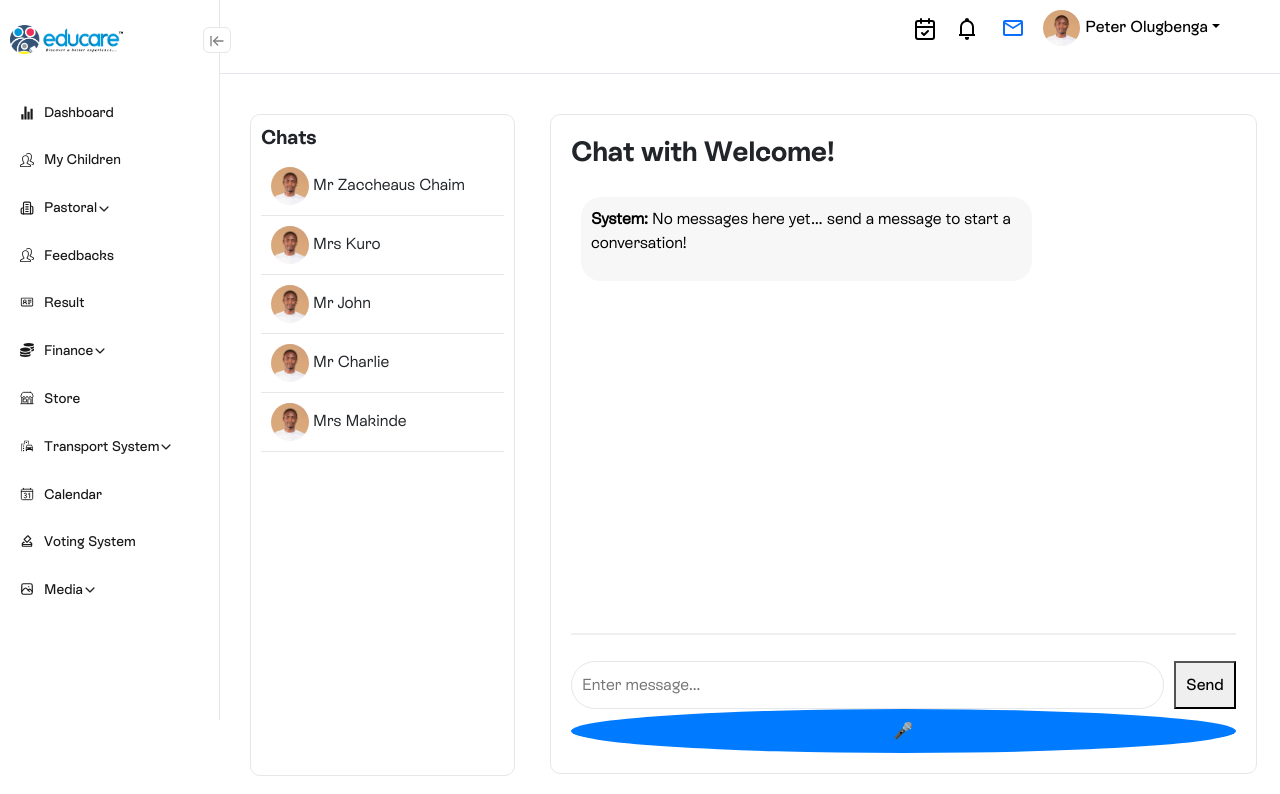
Repository: sarahnnanyelugo/educare-dashboards
Page: /chat-interface
An editor plug-in stored every save of this project. The page is shown before and after the next save, followed by the edit.
The browser window is 1280 px wide. The pictures show the whole page.
The project was rebuilt for these pictures with package versions that can differ from the ones it lists, and the page was loaded fresh each time. Also part of the build but not shown: src/Dashboards/Parents/Feedbacks/feedbacks.scss, src/components/AppTable/table.scss, src/components/AppTable/AppTable.js, src/Utils/DataUtils.js, src/components/Select/select.scss, src/components/Select/Select.js, src/components/Search/search.scss, src/components/Search/Search.js and 50 more.

Above is the page before, as saved 2024-11-27 13:09:10.

### src/App.js
import logo from "./logo.svg";
import "./App.scss";
import "bootstrap/dist/css/bootstrap.min.css";
import { BrowserRouter, Routes, Route, Link, Outlet } from "react-router-dom";
import { ParentsLayout } from "./Layouts/ParentsLayout";
import { MainNews } from "./pages/NewsPage/MainNews/MainNews";
import { NewsPage } from "./pages/NewsPage/NewsPage";
function App() {
  return (
    <>
      {" "}
      <Routes>
        <Route path="/*" element={<ParentsLayout />} />{" "}
        <Route path="news-page" element={<NewsPage />} />
        <Route path="main-news/:blog_id" element={<MainNews />} />
      </Routes>
    </>
  );
}

export default App;

### src/App.scss
.App-link {
  color: #61dafb;
}

@keyframes App-logo-spin {
  from {
    transform: rotate(0deg);
  }
  to {
    transform: rotate(360deg);
  }
}
@font-face {
  font-family: rebondG;
  src: url(./assets/fonts/Rebond_font/RebondG.otf);
}
@font-face {
  font-family: rebondG-Bold;
  src: url(./assets/fonts/Rebond_font/RebondG-Bold.otf);
}
@font-face {
  font-family: rebondG-Semi-Bold;
  src: url(./assets/fonts/Rebond_font/Rebond-semibold.otf);
}
@font-face {
  font-family: rebondG-Medium;
  src: url(./assets/fonts/Rebond_font/RebondGrotesqueMedium.otf);
}
@font-face {
  font-family: rebondBook;
  src: url(./assets/fonts/Rebond_font/RebondG-Book.ttf);
}
@font-face {
  font-family: rebondLight;
  src: url(./assets/fonts/Rebond_font/RebondGLight.otf);
}
@font-face {
  font-family: rebondMI;
  src: url(./assets/fonts/Rebond_font/RebondGrotesqueMediumitalic.otf);
}
p,
small,
link {
  font-family: rebondBook;
}
h1,
h2,
h3,
h4,
h5,
h6 {
  font-family: rebondG-Bold;
}
a {
  font-family: rebondG-Medium;
  text-decoration: none !important;
}
.card {
  border: 1px solid #e7e7e7 !important;
  border-radius: 10px !important;
}
select {
  border: none;
  background: #fff;
  padding: 7px;
  border-radius: 10px;
  width: 95%;
  font-size: 14px !important;
  font-family: rebondBook !important;
}
hr {
  border: solid 1px #c0bebe !important;
}
.app-btn {
  margin-top: 30px;
  border: solid 1px #e7e7e7;
  border-radius: 36px;
  background: #0098da;
  color: #fff;
  font-family: rebondBook;
  padding: 5px 20px;
  margin-left: 10px;
}
button {
  font-family: rebondG-Medium !important;
}
.page-session {
  border: solid 1px #e7e7e7;
  padding: 20px;
  border-radius: 10px;
  margin-top: 30px;
}

### src/Layouts/ParentsLayout.js
import React from "react";
import { Routes, Route, Navigate } from "react-router-dom";
import { TopNav } from "../components/TopNav/TopNav";
import Feedbacks from "../Dashboards/Parents/Feedbacks/Feedbacks";
import { MainView } from "../Dashboards/Parents/MainView/MainView";
import { MyChildren } from "../Dashboards/Parents/MyChildren/MyChildren";
import ExeatRequests from "../Dashboards/Parents/Pastoral/ExeatRequests";
import HostelReport from "../Dashboards/Parents/Pastoral/HostelReport";
import PastoralReport from "../Dashboards/Parents/Pastoral/PastoralReport";
import { Result } from "../Dashboards/Parents/Result/Result";
import { SideNav } from "../components/SideNav/SideNav";
import { Wallet } from "../Dashboards/Parents/Finance/Wallet";
import { PocketMoney } from "../Dashboards/Parents/Finance/PocketMoney";
import { Invoices } from "../Dashboards/Parents/Finance/Invoices";
import { TransactionHistory } from "../Dashboards/Parents/Finance/TransactionHistory";
import { Store } from "../Dashboards/Parents/Store/Store";
import Event from "../Dashboards/Parents/Calendar/Calendar";
import { VotingSystem } from "../Dashboards/Parents/VotingSystem/VotingSystem";
import { TransportSystem } from "../Dashboards/Parents/TransportSystem/TransportSystem";
import PhotoJournal from "../Dashboards/Parents/Media/PhotoJournals";
import TaggedPost from "../Dashboards/Parents/Media/TaggedPost";
import ChatInterface from "../components/TopNav/ChatInterface/ChatInterface";
export const ParentsLayout = () => {
  return (
    <>
      <div className="d-md-flex">
        <div className="col-md-">
          <SideNav />
        </div>
        <div className="container-fluid" style={{ padding: "0px 0px" }}>
          <TopNav />
          <Routes>
            <Route path="/" element={<MainView />} />{" "}
            <Route path="/my-children" element={<MyChildren />} />{" "}
            <Route path="/result" element={<Result />} />{" "}
            <Route path="/feedbacks" element={<Feedbacks />} />{" "}
            <Route path="/pastoral-report" element={<PastoralReport />} />{" "}
            <Route path="/exeat-requests" element={<ExeatRequests />} />{" "}
            <Route path="/hostel-report" element={<HostelReport />} />{" "}
            <Route path="/wallet" element={<Wallet />} />{" "}
            <Route path="/pocket-money" element={<PocketMoney />} />{" "}
            <Route path="/invoices" element={<Invoices />} />{" "}
            <Route path="/store" element={<Store />} />{" "}
            <Route path="/calendar" element={<Event />} />{" "}
            <Route path="/chat-interface" element={<ChatInterface />} />{" "}
            <Route
              path="/transaction-history"
              element={<TransactionHistory />}
            />{" "}
            <Route path="/voting-system" element={<VotingSystem />} />{" "}
            <Route path="/transport-system" element={<TransportSystem />} />{" "}
            <Route path="/photo-journals" element={<PhotoJournal />} />{" "}
            <Route path="/tagged-posts" element={<TaggedPost />} />{" "}
          </Routes>
        </div>
      </div>
    </>
  );
};

### src/components/TopNav/TopNav.js
import React from "react";
import "./top-nav.scss";
import { LuCalendarCheck } from "react-icons/lu";
import { CgBell } from "react-icons/cg";
import { MdOutlineEmail } from "react-icons/md";
import Container from "react-bootstrap/Container";
import Nav from "react-bootstrap/Nav";
import Navbar from "react-bootstrap/Navbar";
import Icon5 from "../../assets/images/peter.png";
import { FaRegUser } from "react-icons/fa";

import Dropdown from "react-bootstrap/Dropdown";
import { IoIosLogOut } from "react-icons/io";
import { Link } from "react-router-dom";

export const TopNav = () => {
  return (
    <div className="top-nav-container">
      <ul className="list-inline">
        <li className="list-inline-item">
          <div className="profile-drop profile-drop2">
            <Dropdown>
              <Dropdown.Toggle>
                <LuCalendarCheck style={{ fontSize: "24px" }} />
              </Dropdown.Toggle>

              <Dropdown.Menu>
                <Dropdown.Item href="/dashboard-selector">
                  <h6>Unapproved Results</h6>
                </Dropdown.Item>
                <hr />
              </Dropdown.Menu>
            </Dropdown>
          </div>
        </li>
        <li className="list-inline-item">
          <div className="profile-drop profile-drop2">
            <Dropdown>
              <Dropdown.Toggle>
                <CgBell style={{ fontSize: "24px" }} />
              </Dropdown.Toggle>

              <Dropdown.Menu>
                <Dropdown.Item href="/dashboard-selector">
                  <h6>Notifications</h6>
                </Dropdown.Item>
                <hr />
              </Dropdown.Menu>
            </Dropdown>
          </div>
        </li>{" "}
        <li className="list-inline-item">
          <Link to={"/chat-interface"}>
            {" "}
            <MdOutlineEmail style={{ fontSize: "24px" }} />
          </Link>
        </li>
        <li className="list-inline-item">
          <div className="profile-drop">
            <Dropdown>
              <Dropdown.Toggle>
                <img src={Icon5} width="37px" />
                Peter Olugbenga
              </Dropdown.Toggle>

              <Dropdown.Menu>
                <Dropdown.Item href="/dashboard-selector">
                  <h6> Peter Olugbenga</h6>
                  <small>olasunkanifiness@gmail.com</small>
                </Dropdown.Item>
                <hr />
                <Dropdown.Item>
                  <FaRegUser style={{ marginRight: "10px" }} />
                  Profile
                </Dropdown.Item>
                <Dropdown.Item>
                  <IoIosLogOut style={{ marginRight: "10px" }} />
                  Sign out
                </Dropdown.Item>
              </Dropdown.Menu>
            </Dropdown>
          </div>
        </li>
      </ul>
    </div>
  );
};

### src/components/TopNav/ChatInterface/ChatInterface.js
import React, { useState } from "react";
import { ChatWindow } from "./ChatWindow";
import Contacts from "./Contacts";
import { contacts, messages } from "../../../TestData/chatContactData";

const ChatInterface = () => {
  const [selectedContactId, setSelectedContactId] = useState(null);

  // Default message for when no contact is selected
  const defaultMessages = [
    {
      sender: "System",
      text: "No messages here yet… send a message to start a conversation!",
    },
  ];

  const currentMessages = selectedContactId
    ? messages[selectedContactId]
    : defaultMessages;
  const currentContactName = selectedContactId
    ? contacts.find((c) => c.id === selectedContactId).name
    : "Welcome!";

  return (
    <div className="chat-interface">
      <Contacts
        contacts={contacts}
        onSelectContact={setSelectedContactId}
        activeContactId={selectedContactId}
      />
      <ChatWindow
        messages={currentMessages}
        selectedContact={currentContactName}
      />
    </div>
  );
};

export default ChatInterface;

### src/components/TopNav/top-nav.scss
.top-nav-container {
  height: 74px;
  border-bottom: solid 1px #e4e7ec;
  //   padding-top: 20px;
  padding-right: 50px;
  ul {
    float: right;
    li {
      margin: 10px;
    }
  }
  .profile-drop {
    .btn {
      padding: 0;
      background: #fff !important;
      border: none !important;
      color: #000;
      font-family: rebondG-Medium;
      font-size: 16px;
      img {
        border-radius: 100%;
        margin-right: 5px;
      }
    }
    .dropdown-menu {
      border: solid 1px #d0d5dd;
      font-family: montM;
      box-shadow: 0px 1px 3px #1018281a;
      border: 1px solid #e4e7ec;
      border-radius: 10px;
      min-height: 150px;
      width: 230px !important;
      padding: 5px 10px;
      font-size: 14px;
      a {
        padding: 10px;
      }
      h6 {
        margin-bottom: 0;
      }
      small {
        color: #9d9ea1;
        font-size: 12px;
      }
      hr {
        border: solid 1px #d0d5dd;
        margin-top: 0;
        margin-bottom: 0;
      }
    }
  }
}
.profile-drop2 {
  .dropdown-toggle::after {
    display: none;
  }
}

### src/components/SideNav/SidebarData.js
import React from "react";
import * as FaIcons from "react-icons/fa";
import * as AiIcons from "react-icons/ai";
import * as IoIcons from "react-icons/io";

export const SidebarData = [
  {
    name: "Dashboard",
    icon: "IoStatsChartSharp",
    url: "/",
  },
  {
    name: "My Children",
    icon: "SlPeople",
    url: "/my-children",
  },
  {
    name: "Pastoral",
    icon: "LuBuilding2",
    url: "/pastoral",
    accordion: true,
    accordionContent: [
      { name: "Pastoral Report", url: "/pastoral-report" },
      { name: "Exeat Requests", url: "/exeat-requests" },
      { name: "Hostel Report", url: "/hostel-report" },
    ],
  },
  {
    name: "Feedbacks",
    icon: "SlPeople",
    url: "/feedbacks",
  },
  {
    name: "Result",
    icon: "LiaIdCardSolid",
    url: "/result",
  },
  {
    name: "Finance",
    icon: "FaCoins",
    url: "/finance",
    accordion: true,
    accordionContent: [
      { name: "Wallet", url: "/wallet" },
      { name: "Pocket Money", url: "/pocket-money" },
      { name: "Invoices", url: "/invoices" },
      { name: "Transaction History", url: "/transaction-history" },
    ],
  },
  {
    name: "Store",
    icon: "IoStorefrontOutline",
    url: "/store",
  },
  {
    name: "Transport System",
    icon: "MdOutlineEmojiTransportation",
    accordion: true,
    accordionContent: [
      { name: "Bus", url: "/transport-system" },
      { name: "Pickup", url: "/pickup" },
    ],
  },
  {
    name: "Calendar",
    icon: "IoCalendarNumberOutline",
    url: "/calendar",
  },
  {
    name: "Voting System",
    icon: "MdOutlineHowToVote",
    url: "/voting-system",
  },
  {
    name: "Media",
    icon: "TbPhoto",

    accordion: true,
    accordionContent: [
      { name: "Photo Journals", url: "/photo-journals" },
      { name: "Tagged Posts", url: "/tagged-posts" },
    ],
  },
];

### src/components/SideNav/side-nav.scss
.side-nav-div {
  background: rgb(255, 255, 255);
  padding: 0 !important;

  .nav-inner {
    padding: 25px 5px 5px 10px;
    display: flex;
    align-items: center;
  }
  border-right: 1px solid #e7e7e7;
  a {
    color: #191919;
    font-size: 14px;

    border-radius: 6px;
  }
  ul {
    // background: red;
    li {
      margin: 5px 15px !important;
      padding: 8px 10px 8px 5px;
      &:hover {
        border-radius: 6px;

        background: #fafafa;
      }
    }
  }
  .list-group-item {
    margin: 5px 15px !important;
    padding: 8px 10px 8px 5px;
    border: none;
    &:hover {
      border-radius: 6px;

      background: #fafafa;
    }
  }
  ol {
    // background: red;
    li {
      &:hover {
        background: #fafafa;
        border-radius: 6px;
      }
    }
  }
  .accordion-button {
    padding: 3px 0 3px 0px !important;
    margin-left: 0 !important;
    font-size: 14px;
    font-family: rebondG-Medium !important;

    background: transparent !important;
    width: 100% !important;
  }
  .accordion-body {
    border-left: 1px solid #e7e7e7;
    margin-top: 20px;
    padding: 0 !important;
    ol {
      li {
        font-size: 10px;
      }
    }
  }
  .accordion-button:not(.collapsed) {
    border-bottom: 0 !important;
    width: 100% !important;
  }
  .accordion-button::after {
    display: none;
  }
  .accordion-item {
    border: none !important;
  }
  .active-link {
    color: #0098da; /* Change to your desired active link color */
    font-weight: bold;
    padding: 8px 10px 8px 5px;
    font-size: 14px;
    background-color: #e6f7ff;
    width: 100% !important;
  }
}
.link-span {
  width: 100% !important;
}

### src/components/TopNav/ChatInterface/ChatWindow.js
import React, { useState, useEffect } from "react";
import "./chat.scss";
const formatTime = (date) => {
  const hours = date.getHours();
  const minutes = date.getMinutes();
  const ampm = hours >= 12 ? "PM" : "AM";
  const formattedHours = hours % 12 || 12; // Convert 24-hour to 12-hour
  const formattedMinutes = minutes < 10 ? "0" + minutes : minutes;
  return `${formattedHours}:${formattedMinutes} ${ampm}`;
};
export const ChatWindow = ({ messages, selectedContact }) => {
  const [chatMessages, setChatMessages] = useState([]);
  const [newMessage, setNewMessage] = useState("");
  const [recording, setRecording] = useState(false);
  const [mediaRecorder, setMediaRecorder] = useState(null);
  const [audioChunks, setAudioChunks] = useState([]);
  useEffect(() => {
    setChatMessages(messages);
  }, [messages]);
  useEffect(() => {
    console.log(audioChunks);
  }, [audioChunks]);
  const handleSend = () => {
    if (newMessage.trim()) {
      // Get the current time when the message is sent
      const currentTime = formatTime(new Date());

      const newChatMessage = {
        sender: "You",
        text: newMessage,
        time: currentTime,
      };

      // Add the new message to the chat messages
      setChatMessages((prevMessages) => [...prevMessages, newChatMessage]);

      // Clear the input box after sending the message
      setNewMessage("");
    }
  };
  const handleStartRecording = async () => {
    try {
      const stream = await navigator.mediaDevices.getUserMedia({ audio: true });
      console.log("Microphone access granted.");

      const recorder = new MediaRecorder(stream);
      const chunks = [];

      recorder.ondataavailable = (event) => {
        if (event.data.size > 0) {
          console.log("Audio chunk received:", event.data);
          chunks.push(event.data);
        }
      };

      recorder.onstop = () => {
        if (chunks.length > 0) {
          console.log("Recording stopped. Creating audio blob...");
          const audioBlob = new Blob(chunks, { type: "audio/webm" });
          const audioUrl = URL.createObjectURL(audioBlob);

          // Add audio message to the chat
          const currentTime = formatTime(new Date());
          setChatMessages((prevMessages) => [
            ...prevMessages,
            {
              sender: "You",
              text: null,
              audio: audioUrl,
              time: currentTime,
            },
          ]);
        } else {
          console.error("No audio data captured.");
        }
      };

      recorder.start();
      console.log("Recording started.");
      setMediaRecorder(recorder);
      setRecording(true);
    } catch (error) {
      console.error("Error accessing microphone:", error);
      alert("Microphone access is required for voice recording.");
    }
  };
  const handleStopRecording = () => {
    if (mediaRecorder) {
      mediaRecorder.stop();
      setRecording(false);
    }
  };

  return (
    <div className="chat-window card col-md-8">
      <h3>Chat with {selectedContact}</h3>
      <div className="message-list">
        {chatMessages.map((msg, index) => (
          <div
            key={index}
            className={`message ${msg.sender === "You" ? "sent" : "received"}`}
          >
            {msg.text ? (
              <p>
                <strong>{msg.sender}:</strong> {msg.text}
              </p>
            ) : (
              <audio controls>
                <source src={msg.audio} type="audio/webm" />
              </audio>
            )}
            <span className="message-time">{msg.time}</span>
          </div>
        ))}
      </div>
      <hr />
      <div className="input-box">
        <input
          type="text"
          value={newMessage}
          onChange={(e) => setNewMessage(e.target.value)}
          placeholder="Enter message..."
        />
        <button onClick={handleSend}>Send</button>
      </div>{" "}
      <button
        onClick={recording ? handleStopRecording : handleStartRecording}
        className={`record-button ${recording ? "recording" : ""}`}
      >
        🎤
      </button>
    </div>
  );
};

### src/components/TopNav/ChatInterface/Contacts.js
import React from "react";
const Contacts = ({ contacts, onSelectContact, activeContactId }) => {
  return (
    <div className="col-md-3 cover">
      {" "}
      <div className="chat-contacts card col-md-12">
        <h5>Chats</h5>
        <ul>
          {contacts.map((contact) => (
            <li
              key={contact.id}
              className={contact.id === activeContactId ? "active" : ""}
              onClick={() => onSelectContact(contact.id)}
            >
              <img src={contact.profilePicture} width="38px" height="38px" />{" "}
              {contact.name}
            </li>
          ))}
        </ul>
      </div>
    </div>
  );
};

export default Contacts;

### src/TestData/chatContactData.js
import Img1 from "../assets/images/peter.png";

export const contacts = [
  { id: 1, name: "Mr Zaccheaus Chaim", profilePicture: Img1 },
  { id: 2, name: "Mrs Kuro", profilePicture: Img1 },
  { id: 3, name: "Mr John", profilePicture: Img1 },
  { id: 4, name: "Mr Charlie", profilePicture: Img1 },
  { id: 5, name: "Mrs Makinde", profilePicture: Img1 },
];

export const messages = {
  1: [
    { sender: "Mr Zaccheaus Chaim", text: "Hi there!" },
    { sender: "You", text: "Hello Alice!" },
  ],
  2: [
    { sender: "Mrs Kuro", text: "How are you?" },
    { sender: "You", text: "I'm good, thanks!" },
  ],
  3: [
    { sender: "Mr John", text: "Hey, long time no see!" },
    { sender: "You", text: "Yeah, it's been a while." },
  ],

  4: [
    { sender: "Mr Charlie", text: "Hey, long time no see!" },

    { sender: "You", text: "Yeah, it's been a while." },
  ],
  5: [
    { sender: "Mrs Makinde", text: "Hey, long time no see!" },
    { sender: "You", text: "Yeah, it's been a while." },
  ],
};

### src/components/TopNav/ChatInterface/chat.scss
.chat-interface {
  display: flex;
  width: 100%;
  height: 100vh;
}
.chat-contacts {
  //   width: 25%;
  background-color: #fff;
  padding: 10px;
  border-right: 1px solid #ddd;
  margin-top: 40px;
  margin: 40px 20px 20px 30px;
  height: 92vh;

  img {
    border-radius: 100%;
  }
  ul {
    list-style: none;
    padding: 0;
    margin: 0;
  }
  li {
    padding: 10px;
    cursor: pointer;

    font-family: rebondBook;
    border-bottom: solid 1px #e7e7e7;
    &:hover {
      background-color: #f0f0f0;
    }
  }
}
.chat-contacts li.active {
  background-color: #0098da;
  color: white;
  font-weight: bold;
  border-radius: 12px;
}
.chat-window {
  padding: 20px;
  display: flex;
  flex-direction: column;
  margin-top: 40px;
  margin: 40px 20px 20px 65px;
}

.message-list {
  flex: 1;
  overflow-y: auto;
  margin-bottom: 10px;
}

.message {
  padding: 10px;
  margin-bottom: 5px;
}
.input-box {
  display: flex;
}

.input-box input {
  flex: 1;
  padding: 10px;
  font-family: rebondBook;
  border: solid 1px #e7e7e7;
  border-radius: 36px;
}

.input-box button {
  padding: 10px;
}
.no-messages {
  text-align: center;
  color: #888;
  font-style: italic;
  margin: 20px 0;
}
.message {
  margin: 10px 0;
  padding: 10px;
  border-radius: 5px;
  max-width: 70%;
}

.message.sent {
  background-color: #cef0ff;
  color: #000;
  border-radius: 20px;
  align-self: flex-end;
  text-align: right;
}

.message.received {
  align-self: flex-start;
  text-align: left;
  background-color: #f7f7f7;
  border-radius: 20px;
  color: #000;
}

.message-list {
  display: flex;
  flex-direction: column;
  gap: 10px;
  overflow-y: auto;
  padding: 10px;
  flex: 1;
  //   max-height: 400px; /* Adjust based on your layout */
}

.input-box {
  display: flex;
  gap: 10px;
  margin-top: 10px;
}
/* Recording button styles */
.record-button {
  background-color: #007bff;
  color: white;
  border: none;
  padding: 10px;
  border-radius: 50%;
  cursor: pointer;
}

.record-button.recording {
  background-color: #ff4d4d;
  animation: pulse 1s infinite;
}

@keyframes pulse {
  0% {
    transform: scale(1);
  }
  50% {
    transform: scale(1.1);
  }
  100% {
    transform: scale(1);
  }
}
// .covering {
//   padding: 10px;
//   height: 600px;
//   height: 100vh;
// }

Loaded but not shown: public/index.html (common file); src/index.js (common file); src/index.css (common file); src/reportWebVitals.js (common file); src/components/SideNav/SideNav.js (225 lines, source omitted); src/Dashboards/Parents/TransportSystem/transport-system.scss (no stored copy; drawn as an empty file)

After the next save:
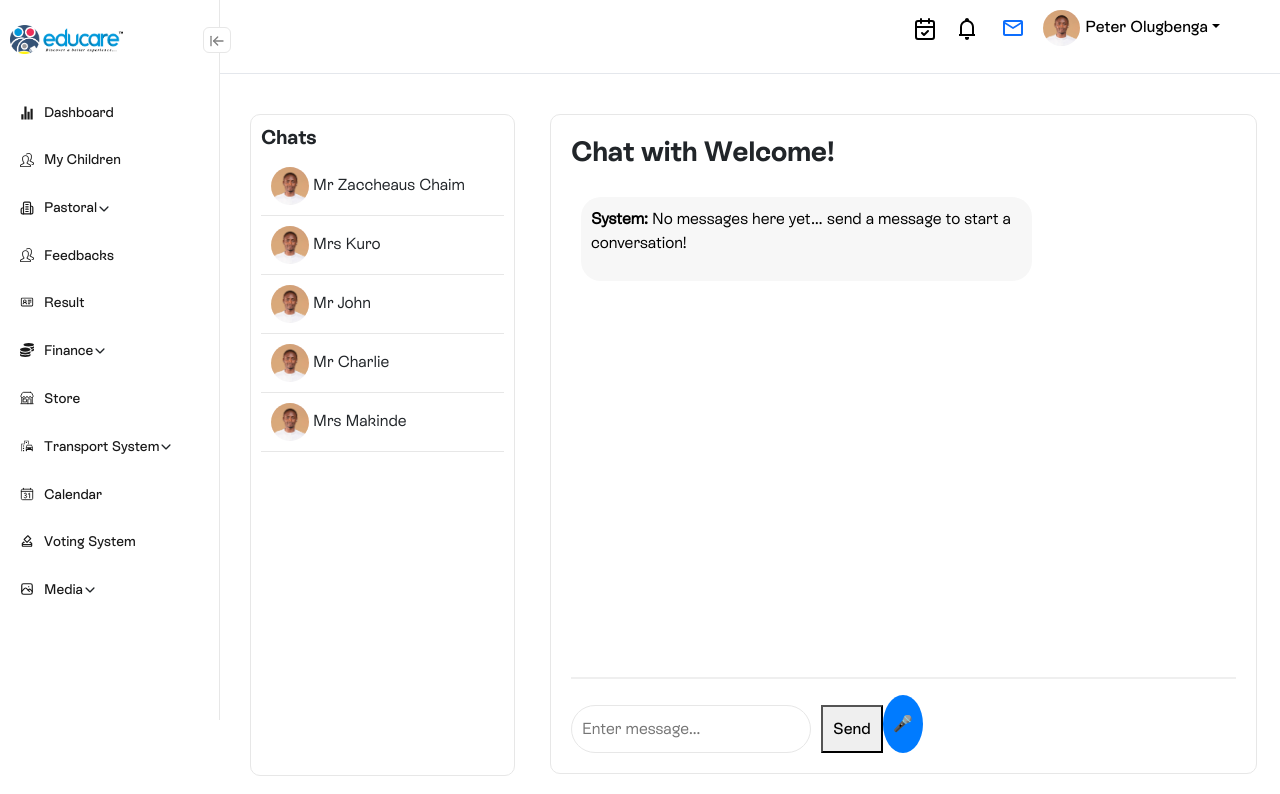
Saved 37 s later.
--- a/src/components/TopNav/ChatInterface/ChatWindow.js
+++ b/src/components/TopNav/ChatInterface/ChatWindow.js
@@ -114,21 +114,23 @@ export const ChatWindow = ({ messages, selectedContact }) => {
         ))}
       </div>
       <hr />
-      <div className="input-box">
-        <input
-          type="text"
-          value={newMessage}
-          onChange={(e) => setNewMessage(e.target.value)}
-          placeholder="Enter message..."
-        />
-        <button onClick={handleSend}>Send</button>
-      </div>{" "}
-      <button
-        onClick={recording ? handleStopRecording : handleStartRecording}
-        className={`record-button ${recording ? "recording" : ""}`}
-      >
-        🎤
-      </button>
+      <div className="d-flex">
+        <div className="input-box">
+          <input
+            type="text"
+            value={newMessage}
+            onChange={(e) => setNewMessage(e.target.value)}
+            placeholder="Enter message..."
+          />
+          <button onClick={handleSend}>Send</button>
+        </div>{" "}
+        <button
+          onClick={recording ? handleStopRecording : handleStartRecording}
+          className={`record-button ${recording ? "recording" : ""}`}
+        >
+          🎤
+        </button>
+      </div>
     </div>
   );
 };
